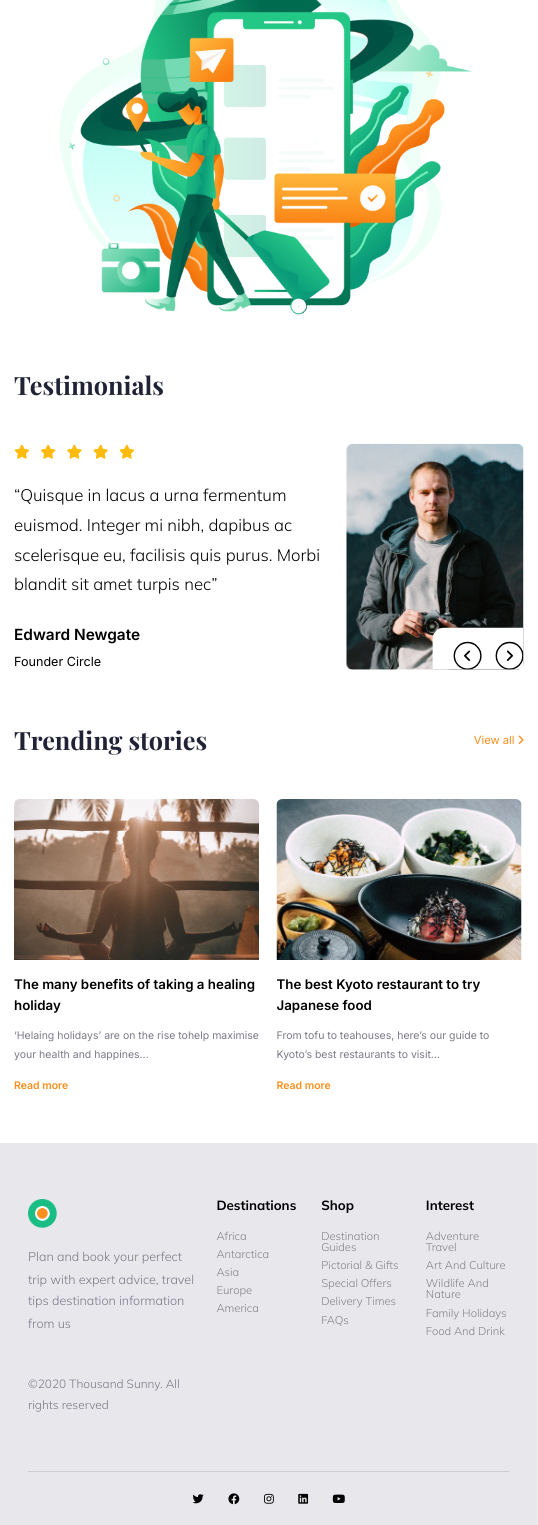
Repository: tranvinhluan/Explore---Travel
Page: index.html
These files come from the project's save history. The page is drawn as it stood at one moment and after a run of saves; the edit follows.
The browser window is 768 px wide. The pictures show the part of the page from y = 3157 to 5397 px (the page is 5336 px tall before and 5397 px after), at 70% of full size.
The style sheet was rebuilt from its Sass, Less or Tailwind sources for each picture, by a compiler version that may differ from the author's.

Above is the page before, as saved 2022-01-21 09:28:13.

After the next 2 saves:
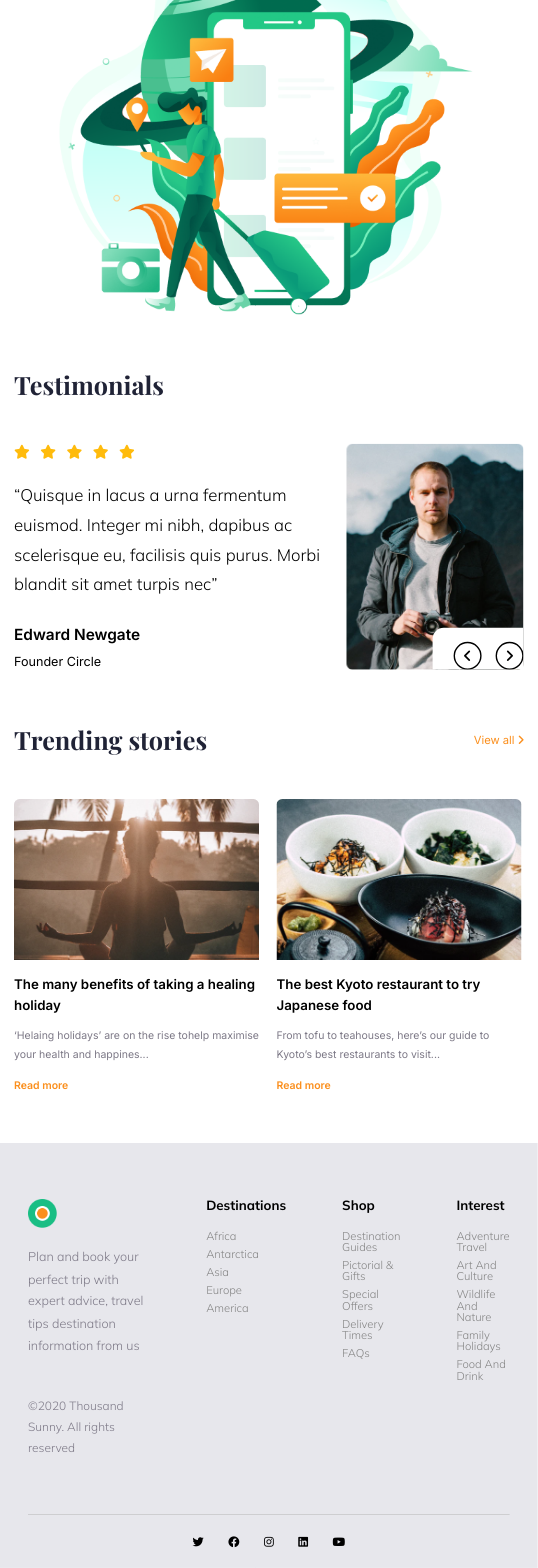
The 2 saves are shown as one change because they came seconds apart.
The last was saved 60 s later.
--- a/sass/_footer.scss
+++ b/sass/_footer.scss
@@ -45,9 +45,6 @@
       color: black;
     }
     @media screen and (min-width: 1024px) {
-
-    }
-    @media screen and (max-width: 1023px) {
       &-top {
         display: grid;
         grid-template-columns: 2fr repeat(3, 1fr);
@@ -56,4 +53,7 @@
         border-bottom: 1px solid #c4c4c4;
       }
     }
+    @media screen and (max-width: 1023px) {
+
+    }
 }
